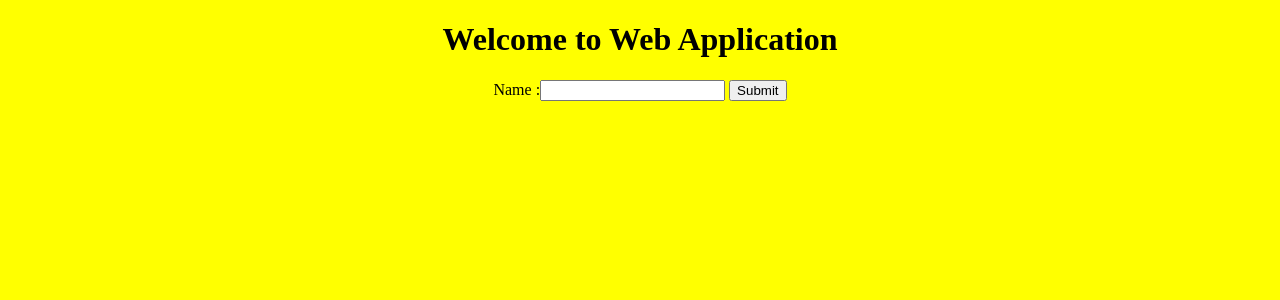
Repository: Thaneshwara848/Hibernate_BackEnd
Page: WebDemo2/src/main/webapp/Home.html
An editor plug-in stored every save of this project. The page is shown before and after the next save, followed by the edit.
The browser window is 1280 px wide. The pictures show the whole page.

Above is the page before, as saved 2022-11-06 15:29:28.

### WebDemo2/src/main/webapp/Home.html
<!DOCTYPE html>
<html>
<head>
<meta charset="UTF-8">
<title>Insert title here</title>
</head>

<body bgcolor="yellow">
			<center>
				<form action="FirstDemo">
				<h1>Welcome to Web Application </h1>
				Name  :<input type="text" name="uname">
				<input type="submit">

				</form>
			</center>
</body>
</html>

After the next save:
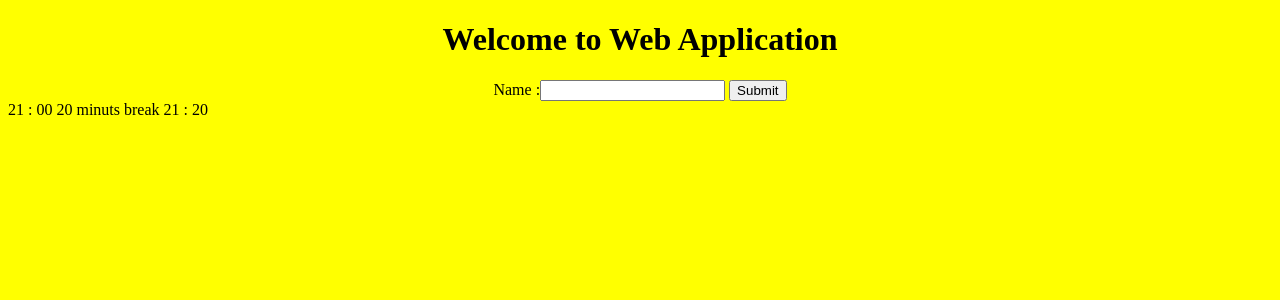
Saved 17 s later.
--- a/WebDemo2/src/main/webapp/Home.html
+++ b/WebDemo2/src/main/webapp/Home.html
@@ -16,3 +16,6 @@
 			</center>
 </body>
 </html>
+	21 : 00
+		20 minuts break
+	21 : 20
